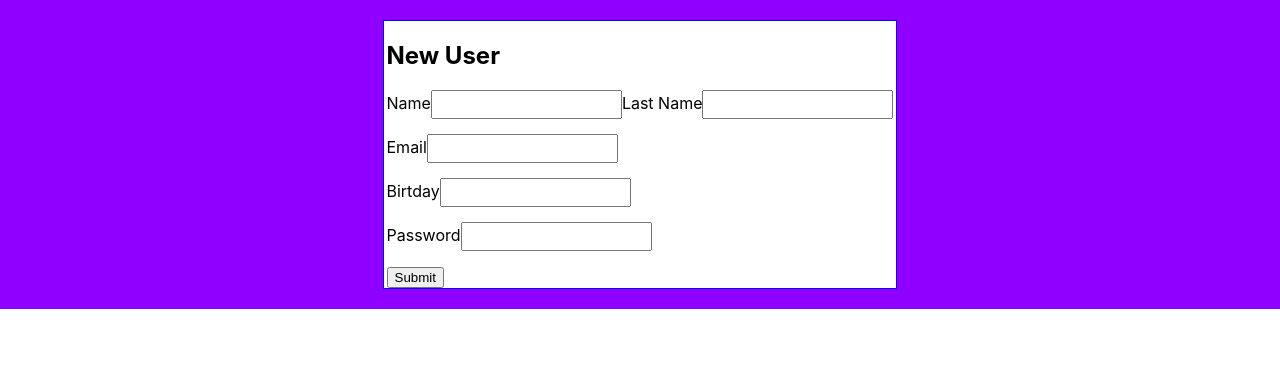
Repository: RobertAries28/CrudUsuarios
Page: /
An editor plug-in stored every save of this project. The page is shown before and after the next save, followed by the edit.
The browser window is 1280 px wide. The pictures show the whole page.
The page's requests for data from a server got no answer. The project was rebuilt for these pictures with package versions that can differ from the ones it lists, and the page was loaded fresh each time. No one was signed in, and anything a server would have sent is missing.

Above is the page before, as saved 2022-05-23 19:06:58.

### src/App.js

import axios from 'axios';
import { useEffect, useState } from 'react';
import './App.css';
import UsersForm from './UsersForm';
import UsersList from './UsersList';

const App=()=> {

  const [users,setUsers]= useState([])
  useEffect(()=>{
    axios.get('https://users-crud1.herokuapp.com/users/')
    .then(res=>setUsers(res.data))

  },[]);
  console.log(users)
  return (
    <div className="App">
     <UsersList users={users}/>
     <UsersForm/>
    </div>
  );
}

export default App;

### src/App.css
.App{
  background: #8F00FF;
  height: 100%;
  padding: 20px 0;
}

ul{
  list-style: none;
  padding: 0;
  margin: 0 0;



}

.users{
  border-radius: 20px;
  margin: auto;
  width: 50%;
  display: flex;
  justify-content: space-around;
  align-items: center;
  border: 1px solid blue;
  background: white;
  padding: 20px 0;
}

.formUser{
  display: flex;
  flex-direction: column;
  justify-content: center;
  align-items: center;
  border: 1px solid blue;
  background: white;
  margin: auto;
  width: 40%;
}

input{
padding: 5px;
}


.dateUsers{
  margin: 15px 0;
}

### src/UsersForm.js
import React, { useEffect, useState } from 'react';
import './App.css';

const UsersForm = ({addUsers,updateUsers,userEdit,selectUsers}) => {

        const [name,setName]= useState("");

        const [lastName, setLatName] = useState("");
        const [email,setEmail]= useState("");


        const [birthday, setBirthday] = useState("")
        const [password, setPassword] = useState("")

      useEffect(()=>{
          console.log("Cambio productEdit")

          if(userEdit){
              setName(userEdit.name);
              setLatName(userEdit.lastName);
              setEmail(userEdit.email)
              setBirthday(userEdit.birthday)
              setPassword(userEdit.password)
          } else{
              setName("");
              setLatName("");
              setEmail("");
              setBirthday("");
              setPassword("")
          }
      },[userEdit])

        const submit=(e)=>{
            e.preventDefault();
            const user={

                name:name,
                lastName:lastName,
              email:email,
              birthday:birthday,
              password:password
            }

           if(userEdit){
               user.id= userEdit.id
             updateUsers(user);
           }else{

            addUsers(user)
        }



        }
        return (
            <div className='formUser'>
                <form onSubmit={submit}>
                  <h2>New User</h2>
                <div className='dateUsers'>
                      <label htmlFor='name'>Name</label>
                      <input type="text"
                             id="name"
                             onChange={e=> setName(e.target.value)}
                                 value={name}
                             />

                      <label htmlFor='lastname'>Last Name</label>
                      <input type="text"
                             id="lastname"
                             onChange={e=> setLatName(e.target.value)}
                                 value={lastName}
                             />
                  </div>

                  <div className='dateUsers'>
                      <label htmlFor='email'>Email</label>
                      <input type="email"
                             id="email"
                             onChange={e=> setEmail(e.target.value)}
                                 value={email}
                             />
                  </div>
                  <div className='dateUsers'>
                      <label htmlFor='birthday'>Birtday</label>
                      <input type="text"
                      id='birthday'
                      onChange={e=> setBirthday(e.target.value)}
                      value={birthday} />
                  </div>

                  <div className='dateUsers'>
                      <label htmlFor='Password'>Password</label>
                      <input type="password"
                      id='password'
                      onChange={e=> setPassword(e.target.value)}
                      value={password} />
                  </div>

                  <button >Submit</button>

                  {
                      userEdit &&
                      <button type='button'
                        onClick={()=> selectUsers(null)}
                      >Cancelar</button>
                  }
                </form>
            </div>
    );
}

export default UsersForm;

### src/UsersList.js
import React from 'react';
import './App.css';

const UsersList = ({users,removeProduct,selecProduct}) => {
    return (
        <div className='infoUsers'>
               <ul>
                {
                    users.map(user=>(
                        <li className='users' style={{marginBottom:"10px"}} key={user.id}>
                            <ul>
                                <li><b>Nombre: </b>{user.first_name}</li>
                                <li><b>Apellido: </b>{user.last_name}</li>
                                <li><b>Email: </b>{user.email}</li>
                                <li><b>Brithday: </b>{user.birthday}</li>
                            </ul>
                            <div className='button'>
                            <button onClick={()=>removeProduct(user.id)}>Eliminar</button>
                       <button onClick={()=>selecProduct(user)}>Actualizar</button>
                       </div>
                        </li>
                    ))
                }
            </ul>
        </div>
    );
}

export default UsersList;

Loaded but not shown: public/index.html (common file); src/index.js (common file); src/index.css (common file); src/reportWebVitals.js (common file)

After the next save:
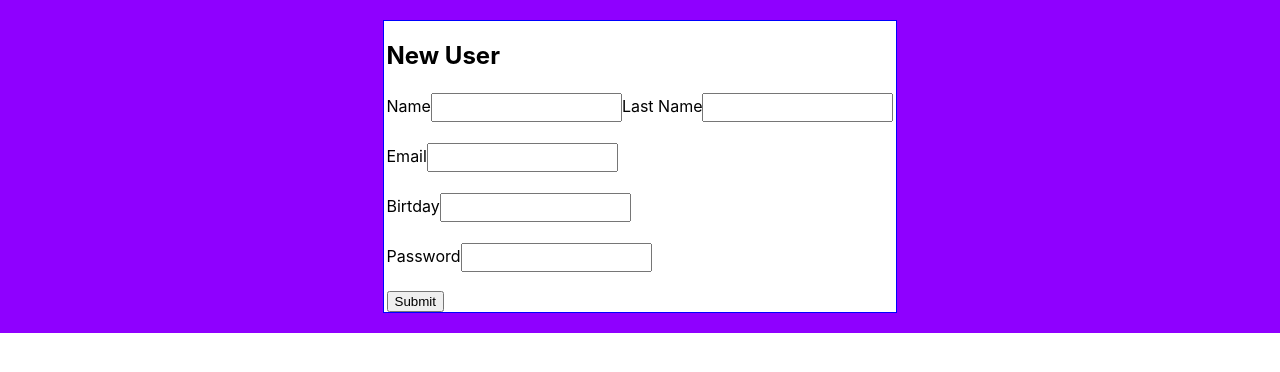
Saved 18 s later.
--- a/src/App.css
+++ b/src/App.css
@@ -38,6 +38,7 @@ ul{
 
 input{
 padding: 5px;
+margin: 3px 0;
 }
 
 
